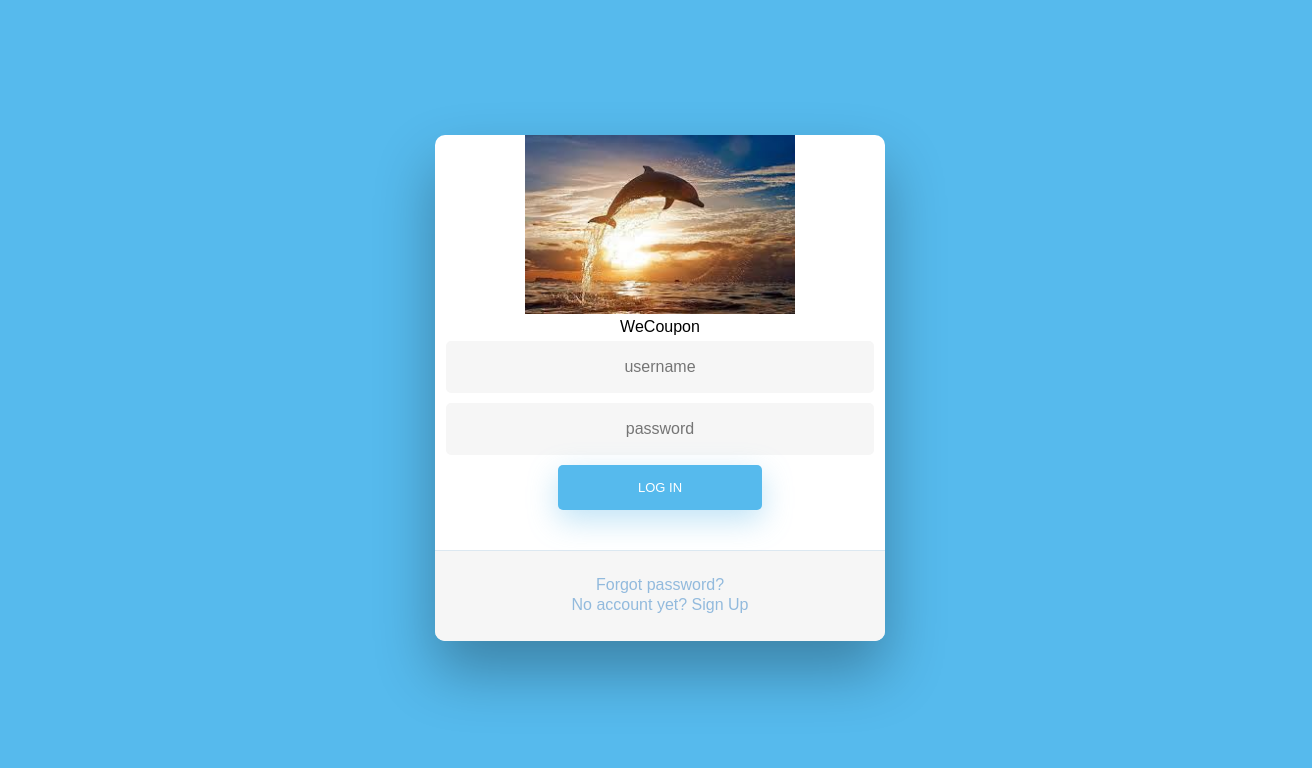
Repository: XUXiangCUHK/WeCoupon
Page: templates/login.html
These files come from the project's save history. The page is drawn as it stood at one moment and after the next save; the edit follows.
The browser window is 1280 px wide. The page is 1312 px wide, so the pictures cover 1312 px, including what lies to the right of the window. The pictures show the whole page.

Above is the page before, as saved 2021-02-27 15:36:22.

After the next save:
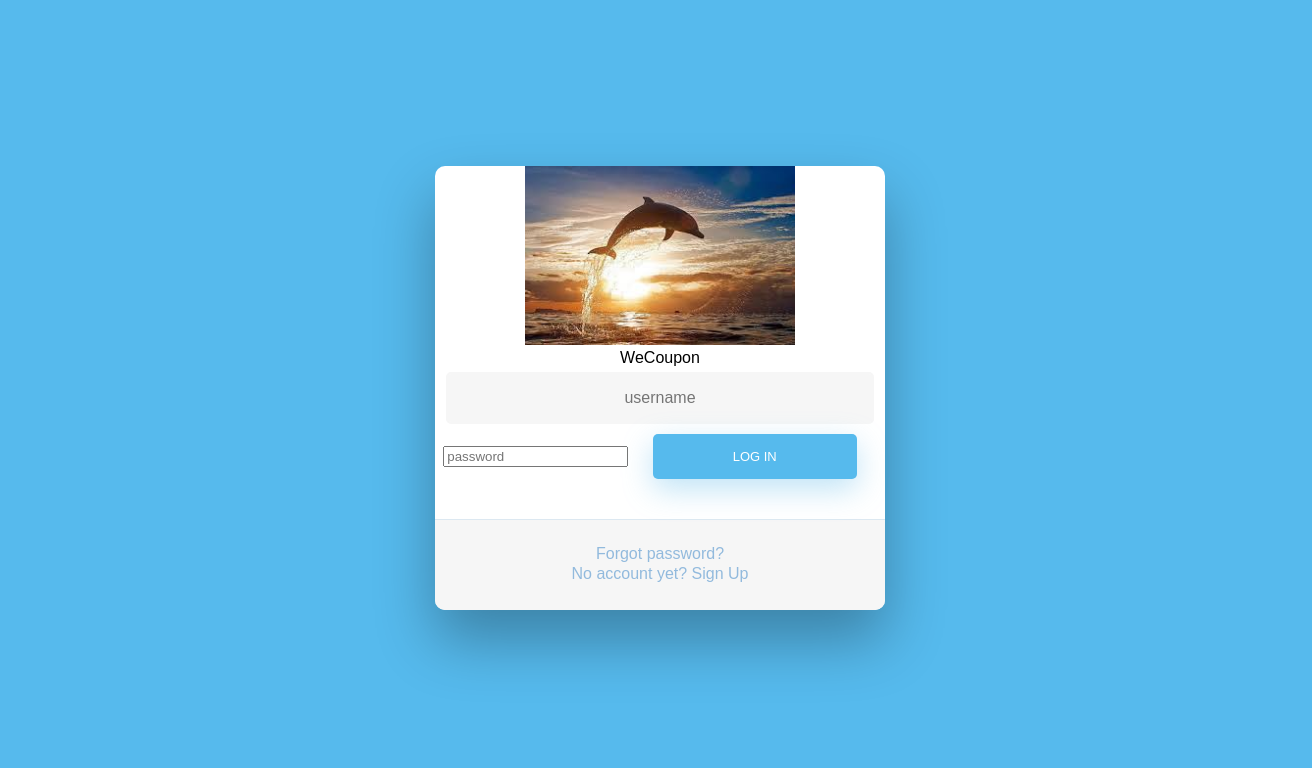
Saved 2 min 17 s later.
--- a/templates/login.html
+++ b/templates/login.html
@@ -24,8 +24,8 @@
 
           <!-- Login Form -->
           <form id="form_id" method="POST">
-            <input type="text" id="username" class="fadeIn second" name="login" placeholder="username">
-            <input type="text" id="password" class="fadeIn third" name="login" placeholder="password">
+            <input type="text" id="username" class="fadeIn second" name="login" required="required" placeholder="username">
+            <input type="password" id="password" class="fadeIn third" name="login" required="required" placeholder="password">
             <input type="submit" class="fadeIn fourth" value="Log In" onclick="return processloginform();">
           </form>
 

After the save that followed:
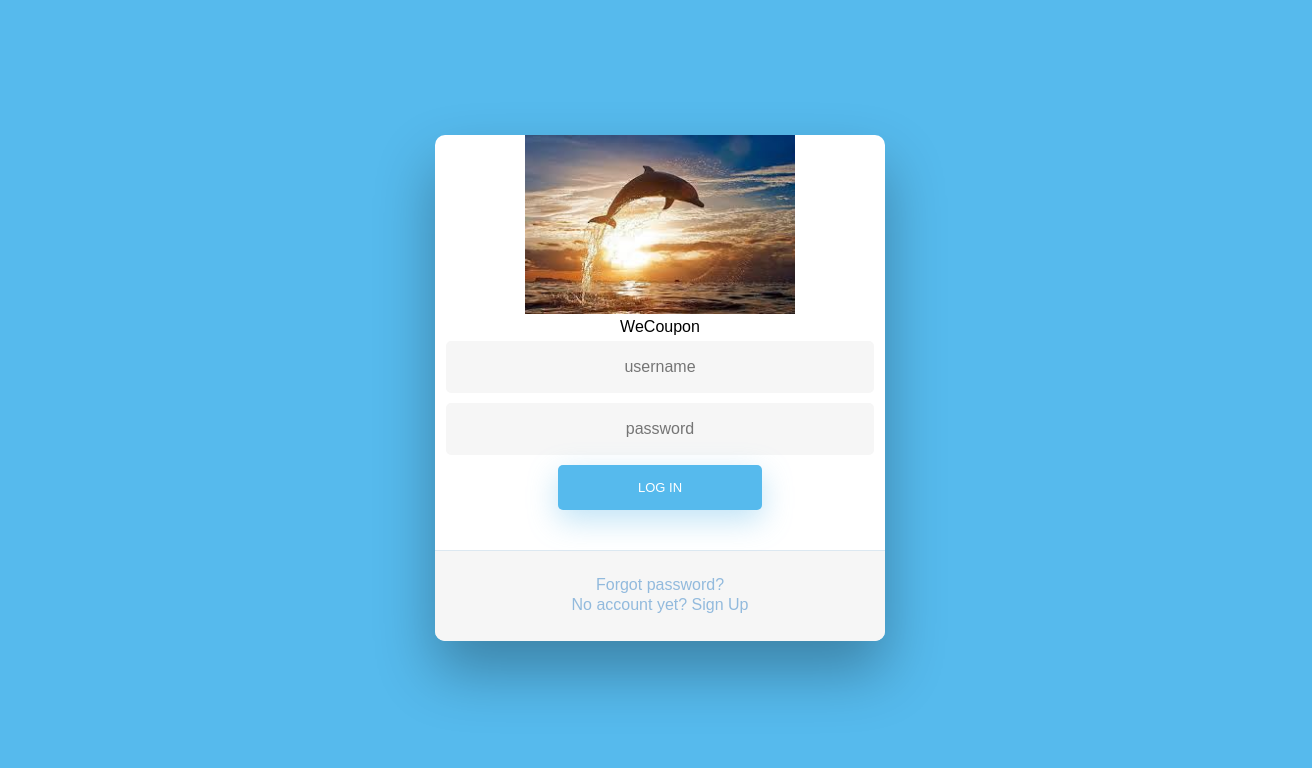
Saved 102 s later.
--- a/static/css/login_page.css
+++ b/static/css/login_page.css
@@ -115,7 +115,7 @@ input[type=button]:active, input[type=submit]:active, input[type=reset]:active
   transform: scale(0.95);
 }
 
-input[type=text] {
+input[type=text], input[type=password] {
   background-color: #f6f6f6;
   border: none;
   color: #0d0d0d;
@@ -136,12 +136,12 @@ input[type=text] {
   border-radius: 5px 5px 5px 5px;
 }
 
-input[type=text]:focus {
+input[type=text]:focus, , input[type=password]:focus {
   background-color: #fff;
   border-bottom: 2px solid #5fbae9;
 }
 
-input[type=text]:placeholder {
+input[type=text]:placeholder, , input[type=password]:placeholder {
   color: #cccccc;
 }
 
